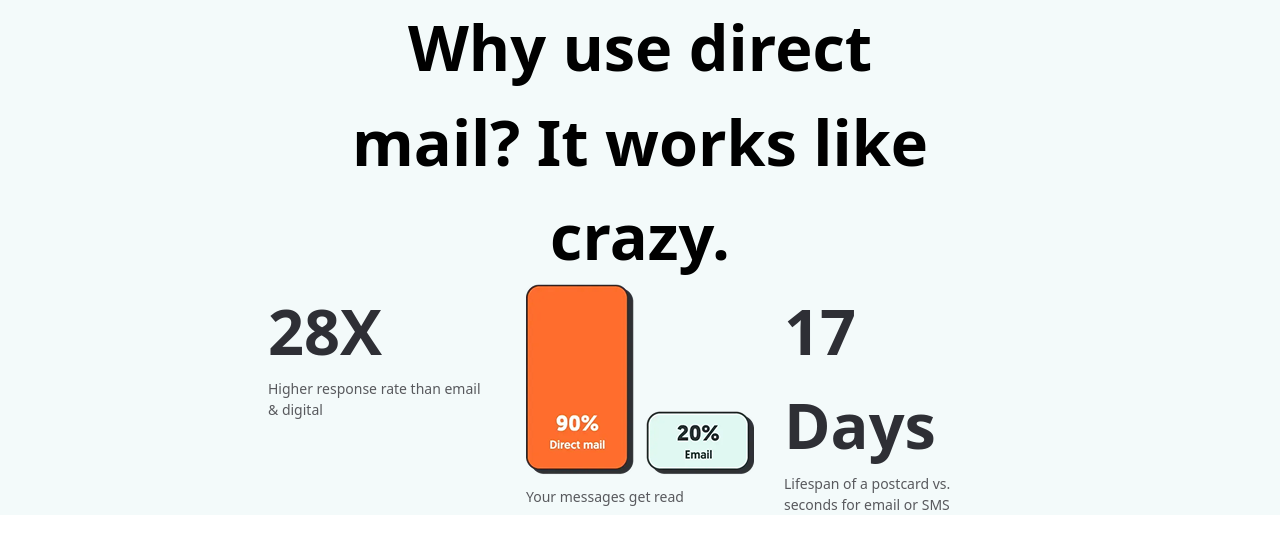
Repository: trusha97/postpilot
Page: mailsende.html
An editor plug-in stored every save of this project. The page is shown before and after a run of saves, followed by the edit.
The browser window is 1280 px wide. The pictures show the whole page.
Some web libraries are served in a nearby version.

Above is the page before, as saved 2025-05-21 14:57:52.

### mailsende.html
<!DOCTYPE html>
<html lang="en">

<head>
    <meta charset="UTF-8" />
    <meta name="viewport" content="width=device-width, initial-scale=1.0" />
    <title>mail send</title>
    <!-- Tailwind CSS CDN -->
    <script src="https://cdn.tailwindcss.com"></script>
</head>

<body>
    <div class="bg-[#F3FAFA]">
        <div>
            <p class="text-[63px] max-w-[615px] text-center mx-auto font-bold">Why use direct mail?
                It <span>works</span> like crazy.</p>
        </div>
        <div
            class=" flex gap-[30px] mx-auto justify-center">
            <div class="w-[33.33%] max-w-[228px]">
                <h2 class="text-[63px] font-[700] text-[#2E2F35] max-md:text-[50px] max-sm:text-[30px]">28X</h2>
                <p class="text-[14px] font-[500] text-[#58595D]">Higher response rate than email<br>&
                    digital
                </p>
            </div>
            <div class="w-[33.33%] max-w-[228px]">
                <img src="Assets/images/emailmobile.png">
                <p class="text-[14px] font-[500] text-[#58595D]">Your messages get read</p>
            </div>
            <div class="w-[33.33%] max-w-[228px]">
                <h2 class="text-[63px] font-[700] text-[#2E2F35] max-md:text-[50px] max-sm:text-[30px]"">17 Days</h2>
                        <p class=" text-[14px] font-[500] text-[#58595D]">Lifespan of a postcard vs.<br>seconds
                    for email
                    or SMS</p>
            </div>
        </div>
    </div>
</body>

</html>

After the next 3 saves:
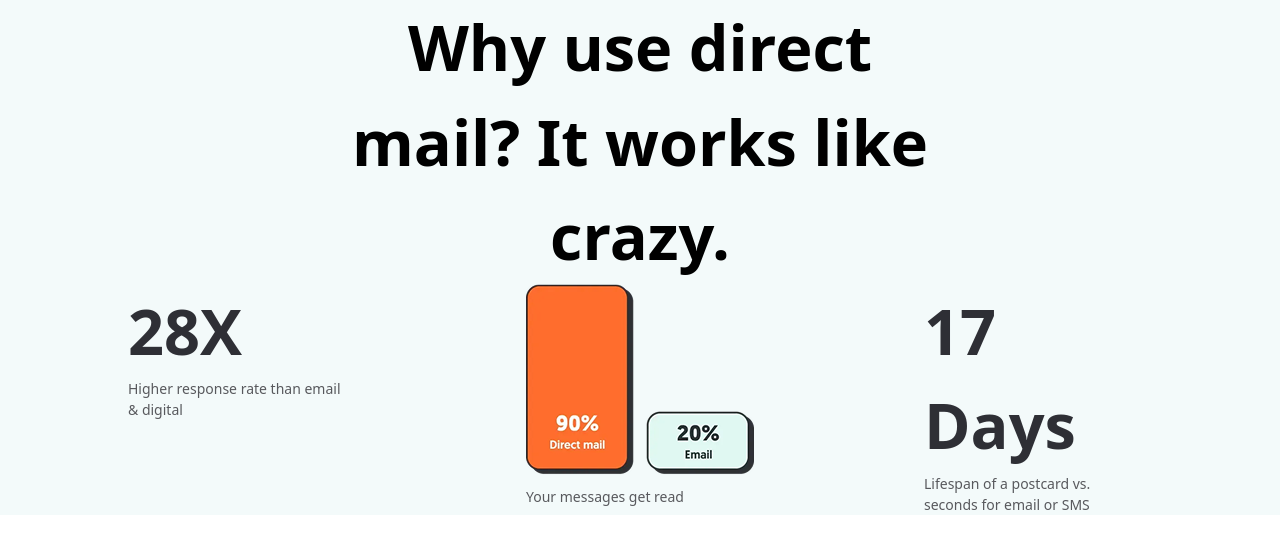
The 3 saves are shown as one change because they came seconds apart.
The last was saved 29 s later.
--- a/mailsende.html
+++ b/mailsende.html
@@ -16,7 +16,7 @@
                 It <span>works</span> like crazy.</p>
         </div>
         <div
-            class=" flex gap-[30px] mx-auto justify-center">
+            class=" flex gap-[170px] mx-auto justify-center">
             <div class="w-[33.33%] max-w-[228px]">
                 <h2 class="text-[63px] font-[700] text-[#2E2F35] max-md:text-[50px] max-sm:text-[30px]">28X</h2>
                 <p class="text-[14px] font-[500] text-[#58595D]">Higher response rate than email<br>&
